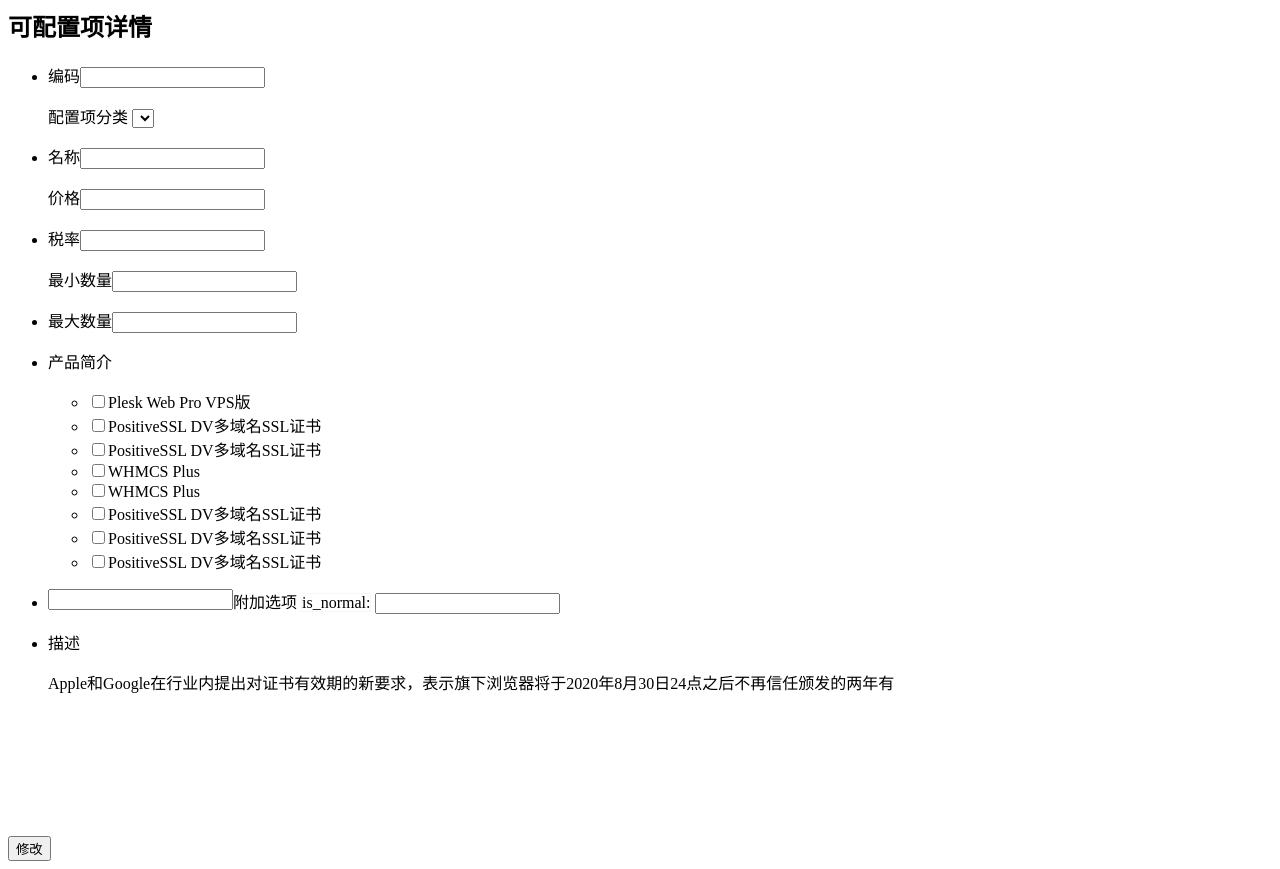
Repository: wangyan466393/racentSystem
Page: configurableDetail.html
An editor plug-in stored every save of this project. The page is shown before and after the next save, followed by the edit.
The browser window is 1280 px wide. The pictures show the whole page.

Above is the page before, as saved 2020-08-12 15:51:11.

After the next save:
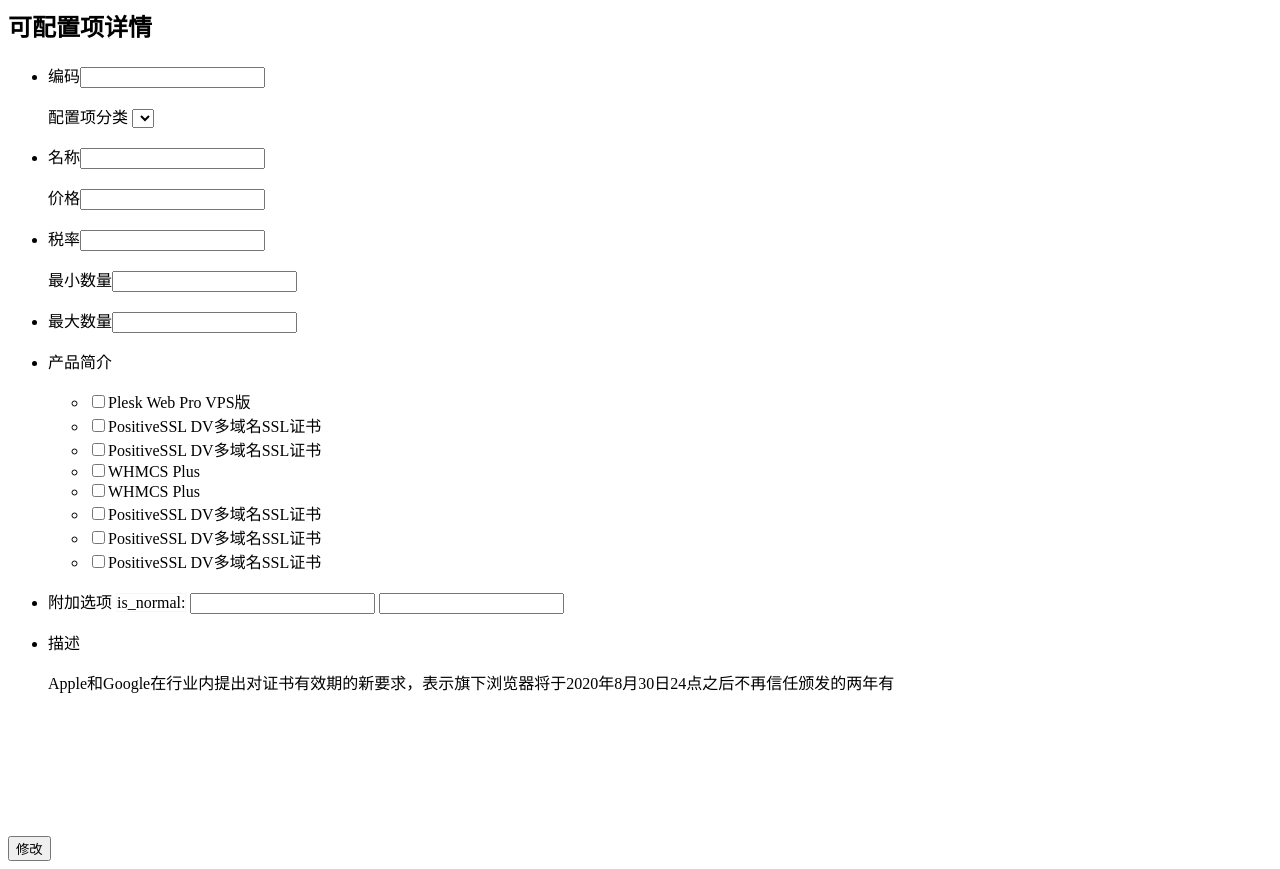
Saved 7 s later.
--- a/configurableDetail.html
+++ b/configurableDetail.html
@@ -77,7 +77,7 @@
                     <span class="clearfloat">附加选项</span>
                     <label for="" class="config_inp">
                         <span style="border: 1px solid #f6f6f6;">is_normal:</span>
-                        <input type="text"  style="float: left;">
+                        <input type="text" >
                     </label>
                     <input type="text" class="config_inp">
                 </p>
